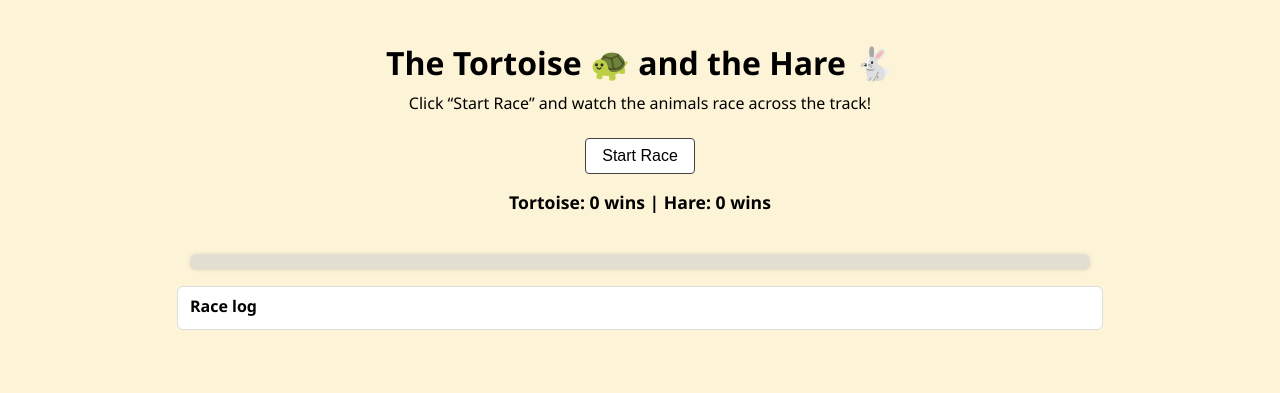
Repository: toyirovrustamshoh-web/tortoise-hare-enhanced-RomanToyirov
Page: tortoise_hare.html
The author's editor kept a copy of each file at every save. The page is drawn from the files as they stood at one save, then again after the next save.
The browser window is 1280 px wide. The pictures show the whole page.

Above is the page before, as saved 2026-04-07 01:17:34.
Console error: TypeError: Cannot set properties of null (setting 'innerHTML')

After the next save:
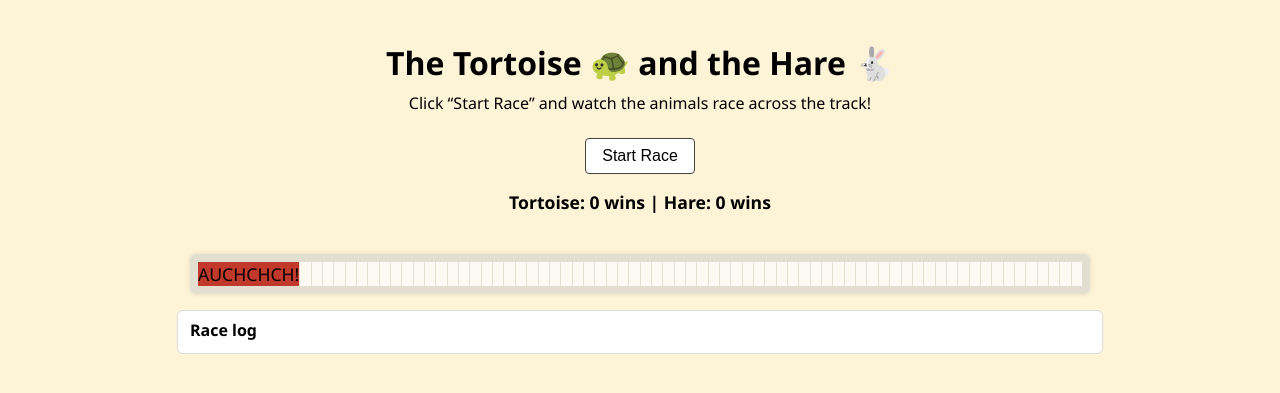
The error is gone.
Saved 2 min 38 s later.
--- a/tortoise_hare.html
+++ b/tortoise_hare.html
@@ -4,7 +4,7 @@
         <meta charset="UTF-8" />
         <title>The Tortoise and the Hare Race</title>
         <link rel="stylesheet" href="style.css" />
-        <script src="script.js"></script>
+        <script src="script.js" defer></script>
     </head>
 
     <body>
